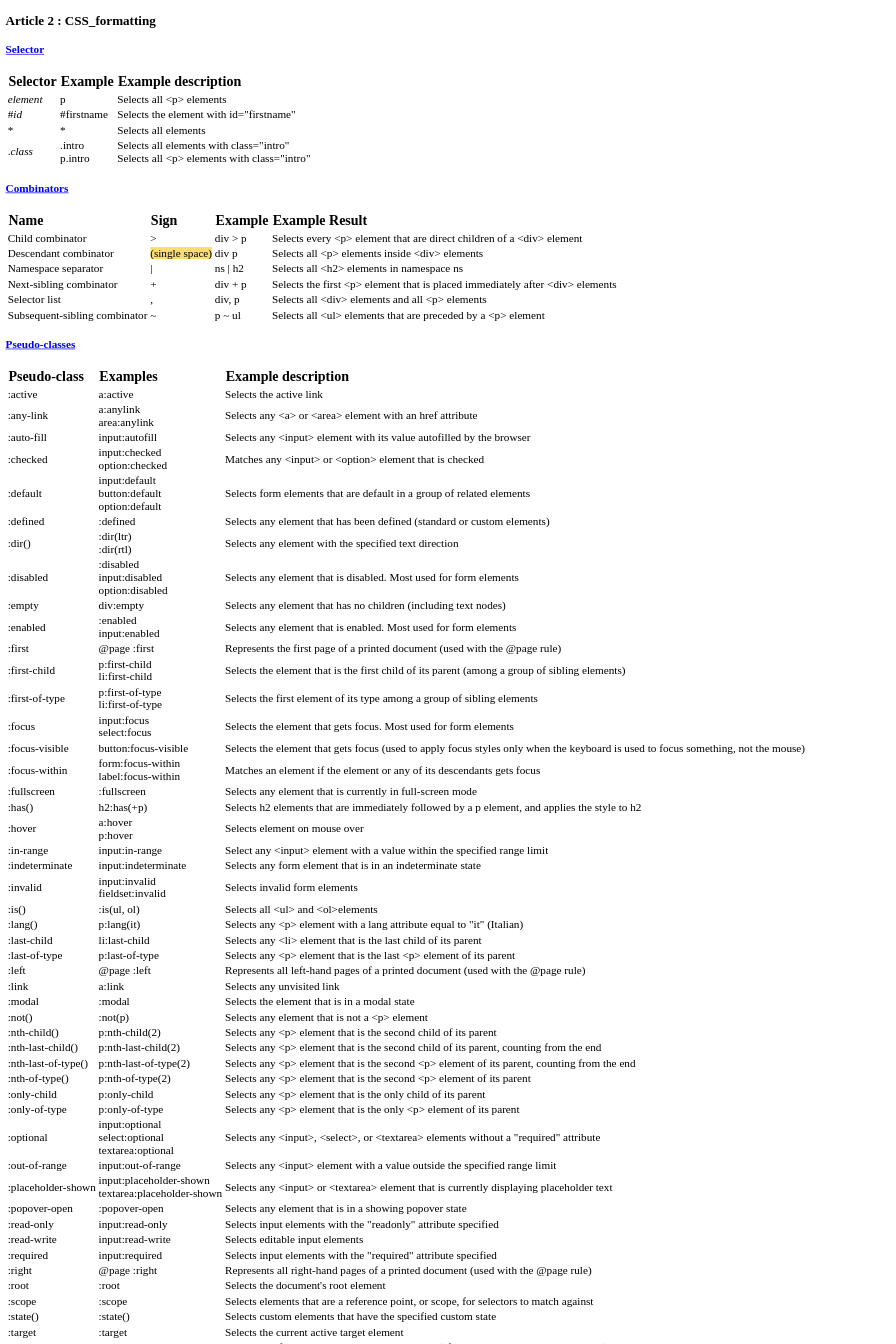
Repository: AnnaSpirit/2025_
Page: Bases/CSS_formatting.html
An editor plug-in stored every save of this project. The page is shown before and after the next save, followed by the edit.
The browser window is 1280 px wide. The pictures show the part of the page from y = 0 to 1920 px (the page is 2571 px tall before and 2589 px after), at 70% of full size.

Above is the page before, as saved 2025-01-09 14:22:02.

### Bases/CSS_formatting.html
<!DOCTYPE html>
<html lang="en">
<head>
	<meta charset="UTF-8">
	<meta name="viewport" content="width=device-width, initial-scale=1.0">
	<title>CSS_formatting</title>
	<style>
		th{
		table-layout: auto;
		display: table-cell;
		vertical-align: middle;
		font-weight: bold;
		padding: 2px;
		text-align:justify;
		font-size: 20px;
		}
		.subSection{
			color: blue;
			font-weight: bold;
			text-decoration: underline;
		}
		mark{
			background-color: rgb(250, 222, 108);
		}
	</style>
</head>
<body>
<h3>Article 2 : CSS_formatting</h3>
<h4 class = "subSection">Selector</h4>
<table>
<tr>
	<th>Selector</th>
	<th>Example</th>
	<th>Example description</th>
</tr>
<tr>
	<td><i>element</i></td>
	<td>p</td>
	<td>Selects all &lt;p&gt; elements</td>
</tr>
<tr>
	<td>#<i>id</i></td>
	<td>#firstname</td>
	<td>Selects the element with id="firstname"</td>
</tr>
<tr>
	<td>*</td>
	<td>*</td>
	<td>Selects all elements</td>
</tr>
<tr>
	<td>.<i>class</i></td>
	<td>.intro<br>p.intro</td>
	<td>Selects all elements with class="intro"<br>Selects all &lt;p&gt; elements with class="intro"
	</td>
</tr>
</table>
<h4 class = "subSection">Combinators</h4>
<table>
<tbody>
	<tr>
		<th>Name</th>
		<th>Sign</th>
		<th>Example</th>
		<th>Example Result</th>
	</tr>
	<tr>
		<td>Child combinator</td>
		<td>&gt;</td>
		<td>div &gt; p</td>
		<td>Selects every &lt;p&gt; element that are direct children of a &lt;div&gt; element</td>
	</tr>
	<tr>
		<td>Descendant combinator</td>
		<td><mark>(single space)</mark></td>
		<td>div p</td>
		<td>Selects all &lt;p&gt; elements inside &lt;div&gt; elements</td>
	</tr>
	<tr>
		<td>Namespace separator</td>
		<td>|</td>
		<td>ns | h2</td>
		<td>Selects all &lt;h2&gt; elements in namespace ns</td>
	</tr>
	<tr>
		<td>Next-sibling combinator</td>
		<td>+</td>
		<td>div + p</td>
		<td>Selects the first &lt;p&gt; element that is placed immediately after &lt;div&gt; elements</td>
	</tr>
	<tr>
		<td>Selector list</td>
		<td>,</td>
		<td>div, p</td>
		<td>Selects all &lt;div&gt; elements and all &lt;p&gt; elements</td>
	</tr>
	<tr>
		<td>Subsequent-sibling combinator</td>
		<td>~</td>
		<td>p ~ ul</td>
		<td>Selects all &lt;ul&gt; elements that are preceded by a &lt;p&gt; element</td>
	</tr>
</tbody>
</table>
<h4 class = "subSection">Pseudo-classes</h4>
<table>
<tr>
	<th>Pseudo-class</th>
	<th>Examples</th>
	<th>Example description</th>
</tr>
<tr>
	<td>:active</td>
	<td>a:active</td>
	<td>Selects the active link</td>
</tr>
<tr>
	<td>:any-link</td>
	<td>a:anylink<br>area:anylink</td>
	<td>Selects any &lt;a&gt; or &lt;area&gt; element with an href attribute</td>
</tr>
<tr>
	<td>:auto-fill</td>
	<td>input:autofill</td>
	<td>Selects any &lt;input&gt; element with its value autofilled by the
		browser</td>
</tr>
<tr>
	<td>:checked</td>
	<td>input:checked<br>option:checked</td>
	<td>Matches any &lt;input&gt; or &lt;option&gt; element that is checked</td>
</tr>
<tr>
	<td>:default</td>
	<td>input:default<br>button:default<br>option:default</td>
	<td>Selects form elements that are default in a group of related elements</td>
</tr>
<tr>
	<td>:defined</td>
	<td>:defined</td>
	<td>Selects any element that has been defined (standard or custom
		elements)</td>
</tr>
<tr>
	<td>:dir()</td>
	<td>:dir(ltr)<br>:dir(rtl)</td>
	<td>Selects any element with the specified text direction</td>
</tr>
<tr>
	<td>:disabled</td>
	<td>:disabled<br>input:disabled<br>option:disabled</td>
	<td>Selects any element that is disabled. Most used for form elements</td>
</tr>
<tr>
	<td>:empty</td>
	<td>div:empty</td>
	<td>Selects any element that has no children (including text nodes)</td>
</tr>
<tr>
	<td>:enabled</td>
	<td>:enabled<br>input:enabled</td>
	<td>Selects any element that is enabled. Most used for form elements</td>
</tr>
<tr>
	<td>:first</td>
	<td>@page :first</td>
	<td>Represents the first page of a printed document (used with the @page
		rule)</td>
</tr>
<tr>
	<td>:first-child</td>
	<td>p:first-child<br>li:first-child</td>
	<td>Selects the element that is the first child of its parent (among a group
		of sibling elements)</td>
</tr>
<tr>
	<td>:first-of-type</td>
	<td>p:first-of-type<br>li:first-of-type</td>
	<td>Selects the first element of its type among a group of sibling elements</td>
</tr>
<tr>
	<td>:focus</td>
	<td>input:focus<br>select:focus</td>
	<td>Selects the element that gets focus. Most used for form elements</td>
</tr>
<tr>
	<td>:focus-visible</td>
	<td>button:focus-visible</td>
	<td>Selects the element that gets focus (used to apply focus styles only
		when the keyboard is used to focus something, not the mouse)</td>
</tr>
<tr>
	<td>:focus-within</td>
	<td>form:focus-within<br>label:focus-within</td>
	<td>Matches an element if the element or any of its descendants gets focus</td>
</tr>
<tr>
	<td>:fullscreen</td>
	<td>:fullscreen</td>
	<td>Selects any element that is currently in full-screen mode</td>
</tr>
<tr>
	<td>:has()</td>
	<td>h2:has(+p)</td>
	<td>Selects h2 elements that are immediately followed by a p element, and
		applies the style to h2</td>
</tr>
<tr>
	<td>:hover</td>
	<td>a:hover<br>p:hover</td>
	<td>Selects element on mouse over</td>
</tr>
<tr>
	<td>:in-range</td>
	<td>input:in-range</td>
	<td>Select any &lt;input&gt; element with a value within the specified range
		limit</td>
</tr>
<tr>
	<td>:indeterminate</td>
	<td>input:indeterminate</td>
	<td>Selects any form element that is in an indeterminate state</td>
</tr>
<tr>
	<td>:invalid</td>
	<td>input:invalid<br>fieldset:invalid</td>
	<td>Selects invalid form elements</td>
</tr>
<tr>
	<td>:is()</td>
	<td>:is(ul, ol)</td>
	<td>Selects all &lt;ul&gt; and &lt;ol&gt;elements</td>
</tr>
<tr>
	<td>:lang()</td>
	<td>p:lang(it)</td>
	<td>Selects any &lt;p&gt; element with a lang attribute equal to "it" (Italian)</td>
</tr>
<tr>
	<td>:last-child</td>
	<td>li:last-child</td>
	<td>Selects any &lt;li&gt; element that is the last child of its parent</td>
</tr>
<tr>
	<td>:last-of-type</td>
	<td>p:last-of-type</td>
	<td>Selects any &lt;p&gt; element that is the last &lt;p&gt; element of its parent</td>
</tr>
<tr>
	<td>:left</td>
	<td>@page :left</td>
	<td>Represents all left-hand pages of a printed document (used with the @page
		rule)</td>
</tr>
<tr>
	<td>:link</td>
	<td>a:link</td>
	<td>Selects any unvisited link</td>
</tr>
<tr>
	<td>:modal</td>
	<td>:modal</td>
	<td>Selects the element that is in a modal state</td>
</tr>
<tr>
	<td>:not()</td>
	<td>:not(p)</td>
	<td>Selects any element that is not a &lt;p&gt; element</td>
</tr>
<tr>
	<td>:nth-child()</td>
	<td>p:nth-child(2)</td>
	<td>Selects any &lt;p&gt; element that is the second child of its parent</td>
</tr>
<tr>
	<td>:nth-last-child()</td>
	<td>p:nth-last-child(2)</td>
	<td>Selects any &lt;p&gt; element that is the second child of its parent, counting from the
		end</td>
</tr>
<tr>
	<td>:nth-last-of-type()</td>
	<td>p:nth-last-of-type(2)</td>
	<td>Selects any &lt;p&gt; element that is the second &lt;p&gt; element of its parent, counting from the
		end</td>
</tr>
<tr>
	<td>:nth-of-type()</td>
	<td>p:nth-of-type(2)</td>
	<td>Selects any &lt;p&gt; element that is the second &lt;p&gt; element of its parent</td>
</tr>
<tr>
	<td>:only-child</td>
	<td>p:only-child</td>
	<td>Selects any &lt;p&gt; element that is the only child of its parent</td>
</tr>
<tr>
	<td>:only-of-type</td>
	<td>p:only-of-type</td>
	<td>Selects any &lt;p&gt; element that is the only &lt;p&gt; element of its parent</td>
</tr>
<tr>
	<td>:optional</td>
	<td>input:optional<br>select:optional<br>textarea:optional</td>
	<td>Selects any &lt;input&gt;, &lt;select&gt;, or &lt;textarea&gt; elements without
		a "required" attribute</td>
</tr>
<tr>
	<td>:out-of-range</td>
	<td>input:out-of-range</td>
	<td>Selects any &lt;input&gt; element with a value outside the specified range
		limit</td>
</tr>
<tr>
	<td>:placeholder-shown</td>
	<td>input:placeholder-shown<br>
		textarea:placeholder-shown</td>
	<td>Selects any &lt;input&gt; or &lt;textarea&gt; element that is currently displaying
		placeholder text</td>
</tr>
<tr>
	<td>:popover-open</td>
	<td>:popover-open</td>
	<td>Selects any element that is in a showing popover state</td>
</tr>
<tr>
	<td>:read-only</td>
	<td>input:read-only</td>
	<td>Selects input elements with the "readonly" attribute specified</td>
</tr>
<tr>
	<td>:read-write</td>
	<td>input:read-write</td>
	<td>Selects editable input elements</td>
</tr>
<tr>
	<td>:required</td>
	<td>input:required</td>
	<td>Selects input elements with the "required" attribute specified</td>
</tr>
<tr>
	<td>:right</td>
	<td>@page :right</td>
	<td>Represents all right-hand pages of a printed document (used with the @page
		rule)</td>
</tr>
<tr>
	<td>:root</td>
	<td>:root</td>
	<td>Selects the document's root element</td>
</tr>
<tr>
	<td>:scope</td>
	<td>:scope</td>
	<td>Selects elements that are a reference point, or scope, for selectors to
		match against</td>
</tr>
<tr>
	<td>:state()</td>
	<td>:state()</td>
	<td>Selects custom elements that have the specified custom state</td>
</tr>
<tr>
	<td>:target</td>
	<td>:target </td>
	<td>Selects the current active target element</td>
</tr>
<tr>
	<td>:user-invalid</td>
	<td>:user-invalid</td>
	<td>Selects any form element with an invalid value (after the user have
		interacted with it)</td>
</tr>
<tr>
	<td>:user-valid</td>
	<td>:user-valid</td>
	<td>Selects any form element with a valid value (after the user have
		interacted with it)</td>
</tr>
<tr>
	<td>:valid</td>
	<td>input:valid</td>
	<td>Selects all input elements with a valid value</td>
</tr>
<tr>
	<td>:visited</td>
	<td>a:visited<br>area:visited</td>
	<td>Selects all visited links</td>
</tr>
<tr>
	<td>:where()</td>
	<td>:where(ol, ul)</td>
	<td>Selects all &lt;ul&gt; and &lt;ol&gt;elements</td>
</tr>
</table>
<h4 class = "subSection">Pseudo-elements</h4>
<table>
	<tr>
		<th>Pseudo-element</th>
		<th>Example</th>
		<th>Example description</th>
	</tr>
	<tr>
		<td>::after</td>
		<td>p::after<br>div::after</td>
		<td>Inserts something after the content of the specified element</td>
	</tr>
	<tr>
		<td>::backdrop</td>
		<td>dialog::backdrop</td>
		<td>Styles the viewbox behind a dialog box or popover element</td>
	</tr>
	<tr>
		<td>::before</td>
		<td>p::before<br>div::before</td>
		<td>Inserts something before the content of the specified element</td>
	</tr>
	<tr>
		<td>::file-selector-button</td>
		<td>::file-selector-button</td>
		<td>Selects any button of type &lt;input type="file"&gt;</td>
	</tr>
	<tr>
		<td>::first-letter</td>
		<td>p::first-letter</td>
		<td>Selects the first letter of every &lt;p&gt; element</td>
	</tr>
	<tr>
		<td>::first-line</td>
		<td>p::first-line</td>
		<td>Selects the first line of every &lt;p&gt; element</td>
	</tr>
	<tr>
		<td>::grammar-error</td>
		<td>::grammar-error</td>
		<td>Styles a text that the browser has flagged as grammatically incorrect</td>
	</tr>
	<tr>
		<td>::highlight()</td>
		<td>::highlight(custom-name)</td>
		<td>Selects a custom highlight</td>
	</tr>
	<tr>
		<td>::marker</td>
		<td>::marker</td>
		<td>Selects the markers of list items</td>
	</tr>
	<tr>
		<td>::placeholder</td>
		<td>input::placeholder<br>textarea::placeholder</td>
		<td>Styles the placeholder text of &lt;input&gt; or &lt;textarea&gt; elements</td>
	</tr>
	<tr>
		<td>::selection</td>
		<td>::selection</td>
		<td>Styles the user-selected text</td>
	</tr>
	<tr>
		<td>::spelling-error</td>
		<td>::spelling-error</td>
		<td>Styles a text that the browser has flagged as incorrectly spelled</td>
	</tr>
	<tr>
		<td>::view-transition</td>
		<td>::view-transition</td>
		<td>Represents the root of the view transitions overlay, which contains all
			view transition on the page</td>
	</tr>
	<tr>
		<td>::view-transition-group</td>
		<td>::view-transition-group</td>
		<td>Represents a single view transition snapshot group</td>
	</tr>
	<tr>
		<td>::view-transition-image-pair</td>
		<td>::view-transition-image-pair</td>
		<td>Represents a container for a view transition's "old" and "new" view
			states - before and after the transition</td>
	</tr>
	<tr>
		<td>::view-transition-new</td>
		<td>::view-transition-new</td>
		<td>Represents the "new" view state of a view transition</td>
	</tr>
	<tr>
		<td>::view-transition-old</td>
		<td>::view-transition-old</td>
		<td>Represents the "old" view state of a view transition</td>
	</tr>
</tbody>
</table>
</body>
</html>

After the next save:
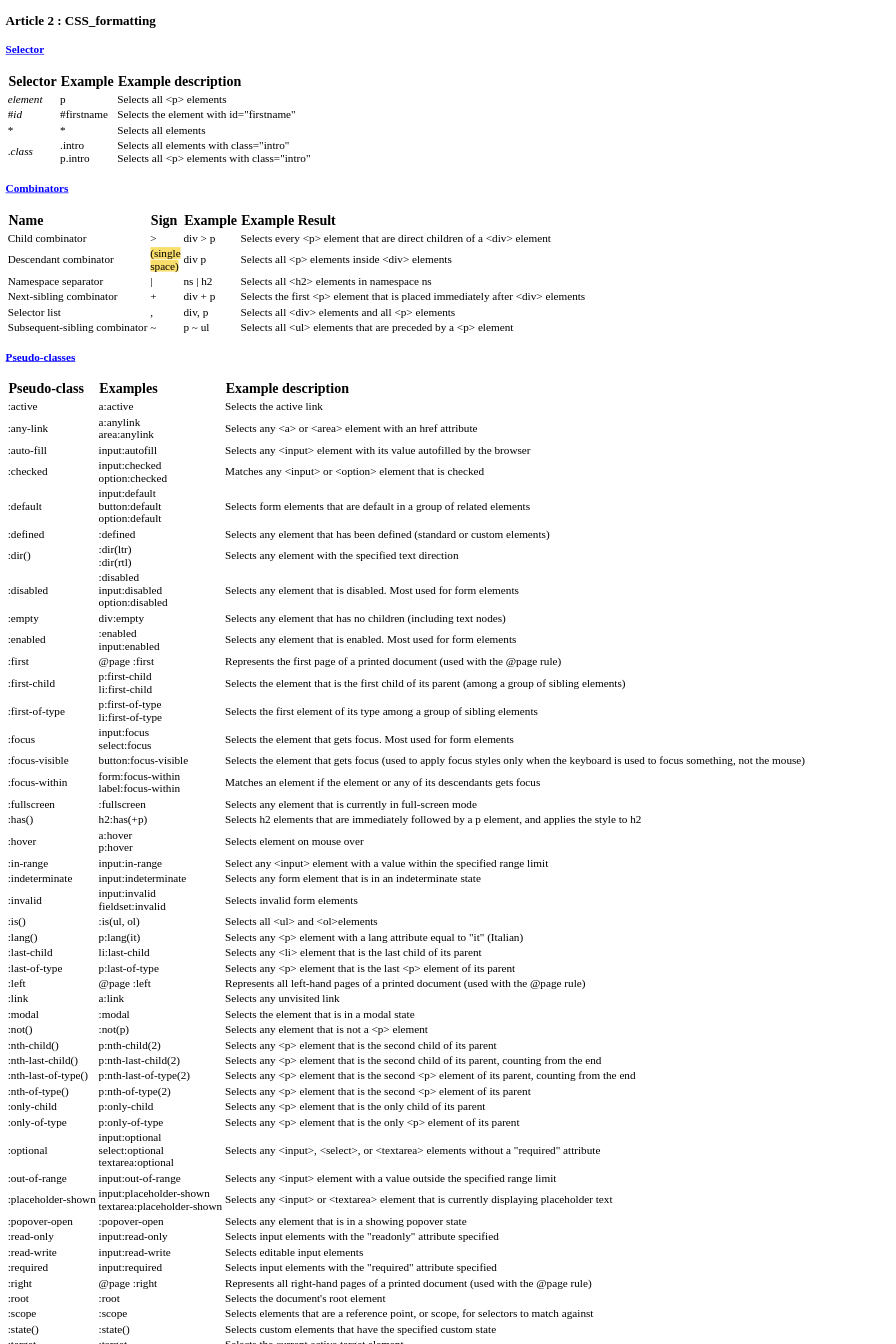
Saved 33 s later.
--- a/Bases/CSS_formatting.html
+++ b/Bases/CSS_formatting.html
@@ -72,7 +72,7 @@
 	</tr>
 	<tr>
 		<td>Descendant combinator</td>
-		<td><mark>(single space)</mark></td>
+		<td><mark>(single <br>space)</mark></td>
 		<td>div p</td>
 		<td>Selects all &lt;p&gt; elements inside &lt;div&gt; elements</td>
 	</tr>

After the 3 saves that followed:
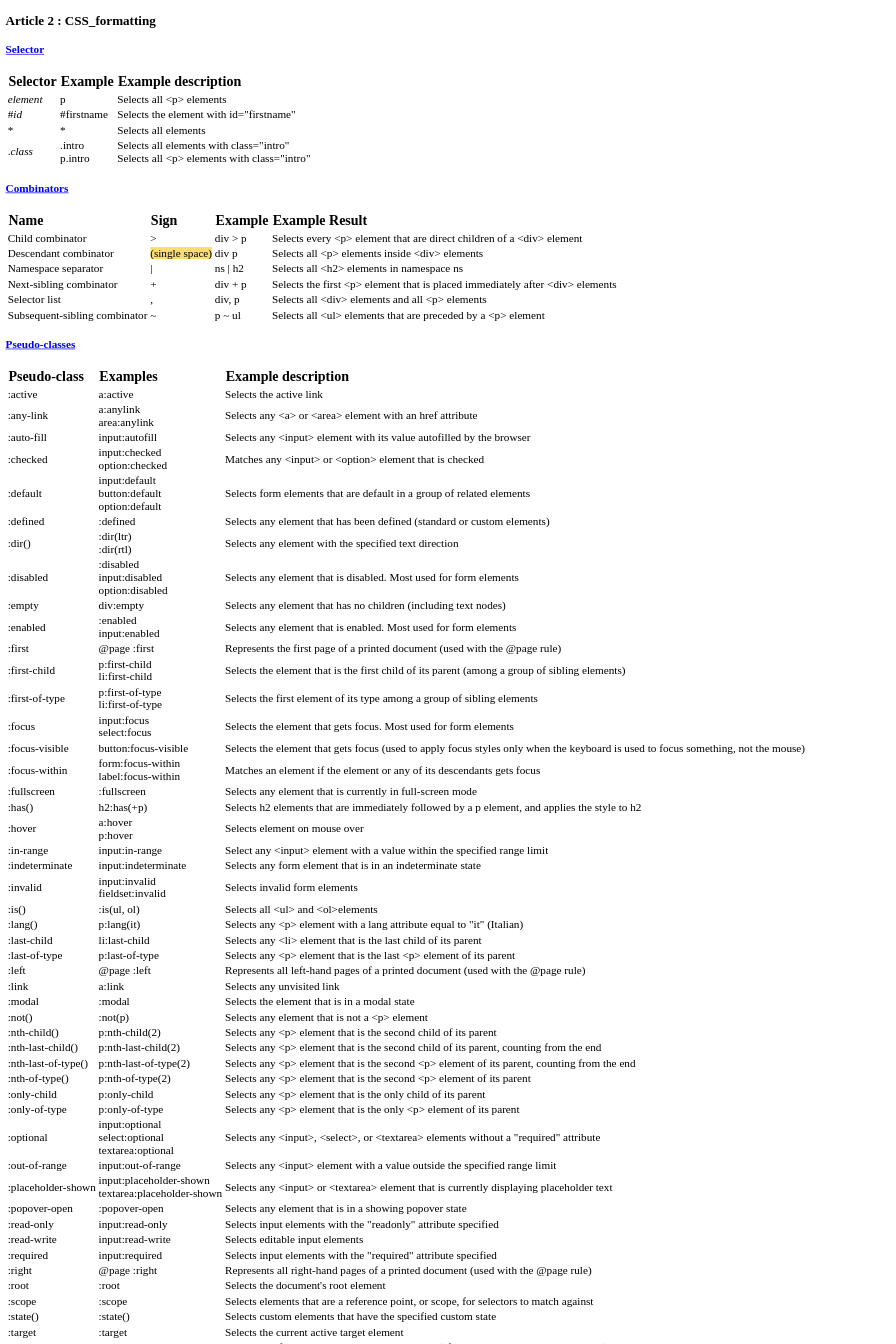
The 3 saves are shown as one change because 1 left the picture as it was and some came seconds apart.
The last was saved 16 s later.
--- a/Bases/CSS_formatting.html
+++ b/Bases/CSS_formatting.html
@@ -72,7 +72,7 @@
 	</tr>
 	<tr>
 		<td>Descendant combinator</td>
-		<td><mark>(single <br>space)</mark></td>
+		<td><mark>(single space)</mark></td>
 		<td>div p</td>
 		<td>Selects all &lt;p&gt; elements inside &lt;div&gt; elements</td>
 	</tr>
